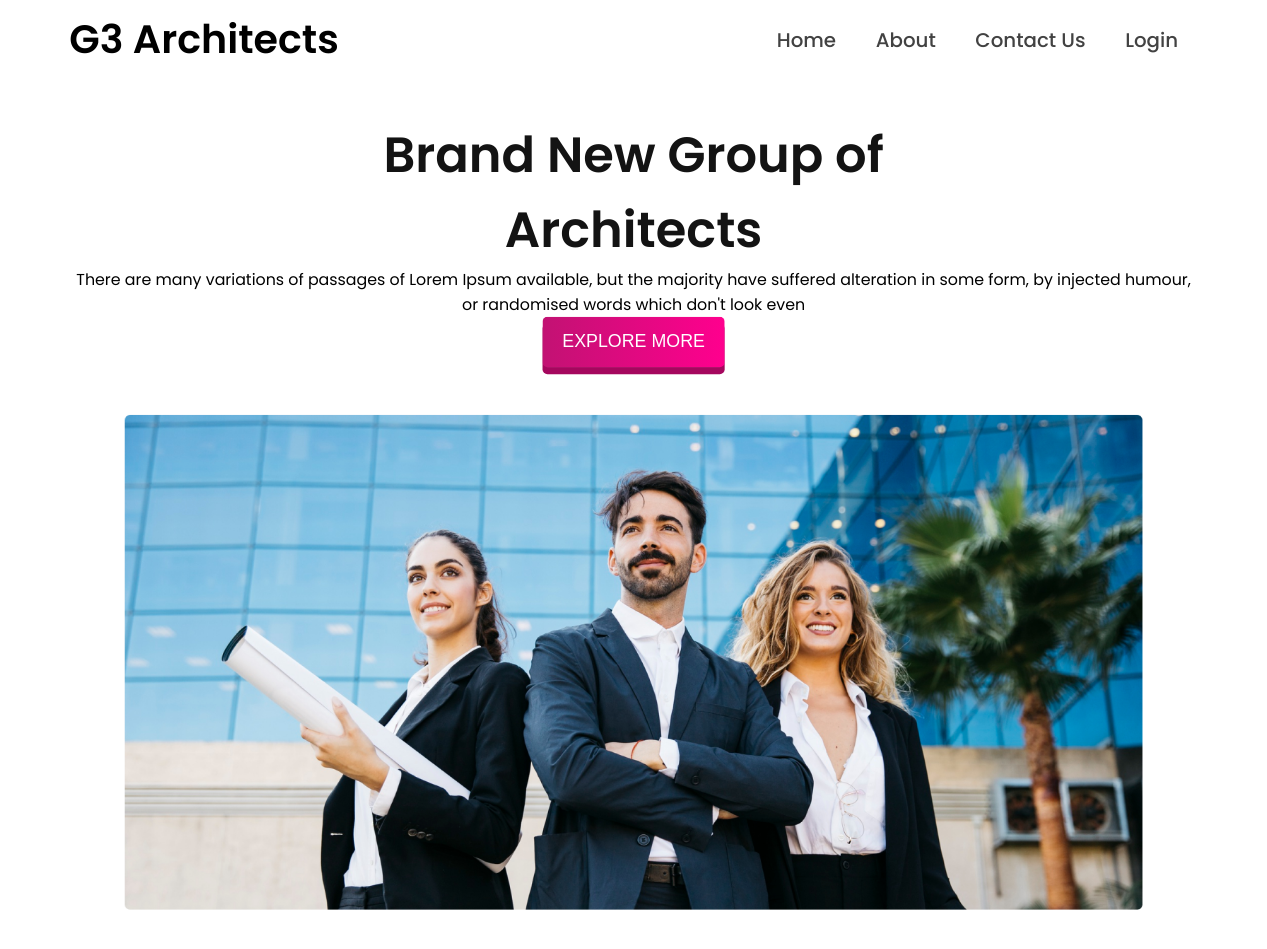
Repository: mdrubel02/G3_Architects
Page: index.html
These files come from the project's save history. The page is drawn as it stood at one moment and after the next save; the edit follows.
The browser window is 1280 px wide. The pictures show the whole page, at 99% of full size.

Above is the page before, as saved 2023-01-14 23:22:40.

### index.html
<!DOCTYPE html>
<html lang="en">

<head>
    <meta charset="UTF-8">
    <meta http-equiv="X-UA-Compatible" content="IE=edge">
    <meta name="viewport" content="width=device-width, initial-scale=1.0">
    <title>G3 Architects</title>
    <!-------- css link ---------->
    <link rel="stylesheet" href="/style.css">
</head>

<body>
    <!------------- Header section ----------->
    <header class="container">
        <nav>
            <div class="logo">
                <h2>G3 Architects</h2>
            </div>
            <ul class="navigation">
                <li><a href="">Home</a></li>
                <li><a href="">About</a></li>
                <li><a href="">Contact Us</a></li>
                <li><a href="">Login</a></li>
            </ul>
        </nav>
    </header>
    <!----------------- Banner section ---------------->
    <section class="container">
        <div class="banner_section">
            <div class="banner_left">
                <h1>Brand New Group of Architects
                </h1>
                <p>There are many variations of passages of Lorem Ipsum available, but the majority have suffered alteration in some form, by injected humour, or randomised words which don't look even</p>
                <button class="btn-primary">Explore More</button>
            </div>
            <div class="banner_right">
                <img class="banner" src="./images/banner.png" alt="">
            </div>
        </div>
    </section>
</body>

</html>

### style.css
/* =====GOOGLE FONTS====== */
@import url('https://fonts.googleapis.com/css2?family=Poppins:wght@300;400;500;600&display=swap');

/* =====COMMON STYLES====== */
* {
    margin: 0;
    padding: 0;
    border: 0;
    outline: 0;
    list-style: none;
    text-decoration: none;
}

body {
    font-family: 'Poppins', sans-serif;
}
.container {
    max-width: 1200px;
    margin: 0 auto;
    padding: 0 30px;
    margin-bottom: 2.5rem;
    box-sizing: border-box;
}

a {
    color: #fff;
    transition: all 400ms ease;
}

a:hover {
    color: #fff;
}

.btn {
    text-align: center;
    width: max-content;
    display: inline-block;
    color: #fff;
    padding: 0.75rem 1.2rem;
    border-radius: 0.4rem;
    border: 1px solid #4db5ff;
    transition: all 400ms ease;
}

.btn:hover {
    background: #fff;
    color: #4db5ff;
    border: 1px solid #4db5ff;
}

.btn-primary {
    outline: 0;
    border: 0;
    padding: 15px 20px;
    color: #fff;
    font-size: 18px;
    text-transform: uppercase;
    border-radius: 5px;
    background-image: linear-gradient(90deg, #c21273, #FF008E);
    cursor: pointer;
    box-shadow:0 7px 0 #a5075e ;
    position: relative;
    top: 0;
}
.btn-primary:active{
    top: 5px;
    box-shadow:0 2px 0 #a5075e ;
}
/*<=============== style header section=================> */
nav{
    display: flex;
    justify-content: space-between;
    height: 80px;
    align-items: center;
}
.navigation{
    display: flex;
}
.navigation li{
    list-style: none;
    margin: 10px;
}
.navigation li a{
    color: #424242;
    font-size: 20px;
    font-weight: 500;
    text-decoration: none;
    padding: 15px 10px;
}
.logo h2{
    font-size: 40px;
    font-weight: 700;
    /* text-align: center; */
}
/* <=============== banner section style ===============> */
.banner_section{
    display: flex;
    flex-direction: column;
    justify-content: center;
    align-items: center;
    gap: 3rem;
}
.banner_left{
    display: flex;
    flex-direction: column;
    justify-content: center;
    align-items: center;
    text-align: center;

}
.banner_left h1{
    font-size: 50px;
    font-weight: 700;
    color: #131313;
    width: 700px;
}
.banner_right{
    width: 100%;
    display: flex;
    overflow: hidden;
    justify-content: center;
    align-items: center;
}
.banner{
    height: 500px;
}

After the next save:
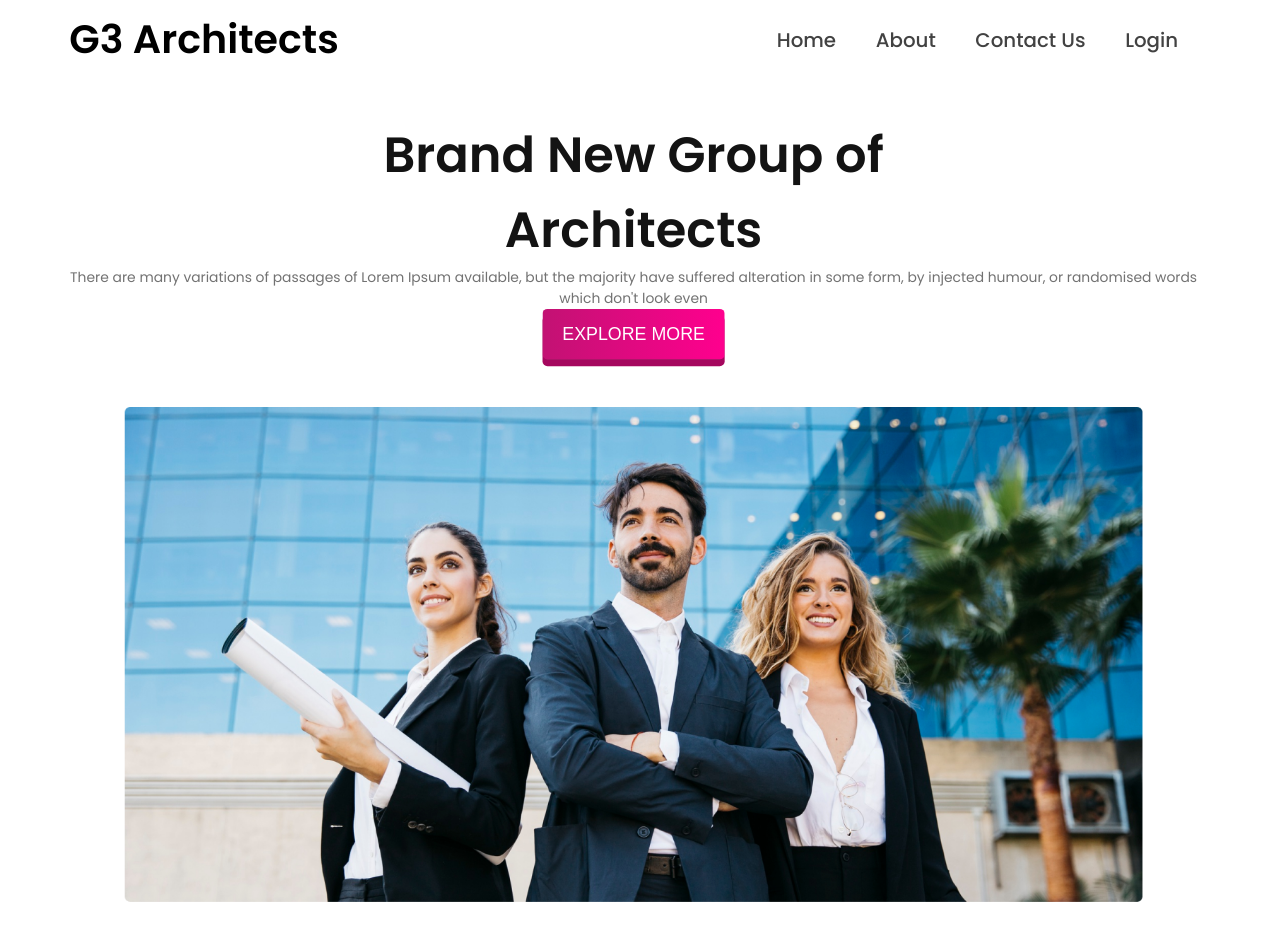
Saved 52 s later.
--- a/style.css
+++ b/style.css
@@ -114,6 +114,10 @@
     color: #131313;
     width: 700px;
 }
+.banner_left p{
+    color: #727272;
+    font-size: 14px;
+}
 .banner_right{
     width: 100%;
     display: flex;
